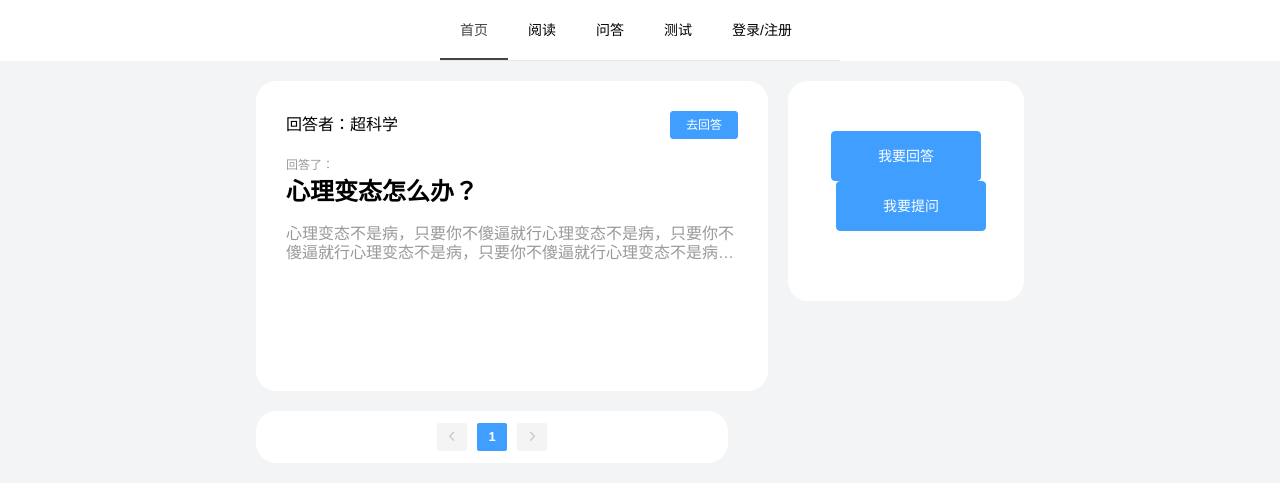
Repository: shengligo/xyx_vue_v1
Page: /qs
These files come from the project's save history. The page is drawn as it stood at one moment and after the next save; the edit follows.
The browser window is 1280 px wide. The pictures show the whole page.
The page's requests for data from a server got no answer. The project was rebuilt for these pictures with package versions that can differ from the ones it lists, and the page was loaded fresh each time. No one was signed in, and anything a server would have sent is missing. Also part of the build but not shown: vue.config.js, src/views/home/childComps/Art.vue, src/views/author/authors.vue, src/views/questions/QuestionDetail.vue.

Above is the page before, as saved 2021-09-04 17:43:47.

### public/index.html
<!DOCTYPE html>
<html lang="">
  <head>
    <meta charset="utf-8">
    <meta http-equiv="X-UA-Compatible" content="IE=edge">
    <meta name="viewport" content="width=device-width,initial-scale=1.0">
    <link rel="icon" href="<%= BASE_URL %>favicon.ico">
    <title>project0000001</title>
  </head>
  <body>
    <noscript>
      <strong>We're sorry but <%= htmlWebpackPlugin.options.title %> doesn't work properly without JavaScript enabled. Please enable it to continue.</strong>
    </noscript>
    <div id="app"></div>
    <!-- built files will be auto injected -->
  </body>
</html>

### src/main.js
import Vue from 'vue'
import App from './App.vue'
import router from './router'
import store from './store'
import 'element-ui/lib/theme-chalk/index.css';
import axios from "axios";
axios.defaults.baseURL = "/api"; // http://10.1.2.85:8091/essay
axios.defaults.headers.common["Content-Type"] ="application/json;charset=UTF-8";
axios.defaults.withCredentials = true // 表示跨域请求时是否需要使用凭证
Vue.prototype.$ajax = axios;
import ElementUI from 'element-ui'

Vue.config.productionTip = false
Vue.use(ElementUI)

new Vue({
  router,
  store,
  render: h => h(App)
}).$mount('#app')

### src/App.vue
<template>
  <div id="app">
    <nav-bar ></nav-bar>
    <!-- <carousel></carousel> -->
    <!-- <art></art> -->


    <router-view></router-view>

  </div>
</template>
<script>

import NavBar from './components/common/NavBar'
import Art from '@/views/home/childComps/Art'
// import Carousel from '@/components/common/Carousel'


export default {
  name: "app",
  components:{
    NavBar,
    Art,




  }
};
</script>



<style>
@import url('assets/css/normalize.css');
#app{
  font-family: "Helvetica Neue",Helvetica,"PingFang SC","Hiragino Sans GB","Microsoft YaHei","微软雅黑",Arial,sans-serif;
}



</style>

### src/router/index.js

import Vue from 'vue'
import VueRouter from 'vue-router'
import Write from '../views/author/authors.vue'
import quesDetail from '../views/questions/QuestionDetail.vue'

const Home = () => import('../views/home/Home')

const Question = () => import('../views/questions/Question')
const Read = () => import('../views/read/Read')
const ReadDetail = () => import('../views/read/ReadDetail')
const Test = () => import('../views/testing/Test')
const Login = () => import('../components/common/login/Login')
const originalPush = VueRouter.prototype.push

VueRouter.prototype.push = function push(location) {
  return originalPush.call(this, location).catch(err => err)
}
// fksdljfkjdsjflsdjlfja
Vue.use(VueRouter)

const routes = [
  {
    path: '/',
    name: 'Home',
    component: Home
  },
  {
    path: '/write',
    component: Write
  },
  // {
  //   path: '/home',
  //   name: 'Home',
  //   component: Home
  // },
  {
    path: '/quesDetail/:id',
    name: 'quesDetail',
    component: quesDetail
  },
  {
    path:'/qs',
    name:'Qs',
    component:Question
  },
  {
    path:'/read',
    name:'Read',
    component:Read,
  },
  {
    path: '/ReadDetail',
      name: 'ReadDetail',
      component:ReadDetail,
  },
  {
    path:'/test',
    name:'Test',
    component:Test
  },
  {
    path:'/login',
    name:'Login',
    component:Login
  }
]

const router = new VueRouter({
  mode: 'history',
  base: process.env.BASE_URL,
  routes
})

export default router

### src/store/index.js
import Vue from 'vue'
import Vuex from 'vuex'

Vue.use(Vuex)

export default new Vuex.Store({
  state: {
    activeIndex:'1',
    baceUrl: 'http://10.1.2.85:8091/'
  },
  mutations: {
    ChangeActive (state,index) {
      // console.log(state,index)
      state.activeIndex = index
    }
  },
  actions: {
  },
  modules: {
  }
})

### src/components/common/NavBar.vue
<template>
  <div>
     <div class="nav">

       <el-menu
          :default-active="$store.state.activeIndex"
          class="el-menu-demo"
          mode="horizontal"
          text-color="#000000"
          active-text-color="#444444"
        >
          <el-menu-item index="1" @click="itemclick">首页</el-menu-item>
          <el-menu-item index="2" @click="itemclick2">阅读</el-menu-item>
          <el-menu-item index="3" @click="itemclick3">问答</el-menu-item>
          <el-menu-item index="4" @click="itemclick4">测试</el-menu-item>
          <el-menu-item index="5" @click="itemclick5">登录/注册</el-menu-item>
        </el-menu>

     </div>

  </div>
</template>

<script>


export default {

  name: "navbar",
  data() {
    return {
    }
  },
  methods:{
    itemclick(){
      console.log('itemclick');
      this.$router.push("/")
    },
    itemclick2(){
      this.$router.push("/read")
    },
    itemclick3(){
      this.$router.push("./qs")
    },
    itemclick4(){
      this.$router.push('./test')
    },
    itemclick5(){
      this.$router.push('/login')
    }

  },

};
</script>

<style scoped>
.nav{

  margin: 0 auto;
  /* background-color: rgba(217, 221, 221, 0.918);
   */
   /* background-color: #5880A9; */
  padding: 0;


}
.nav>.el-menu{
  width: 400px;
  margin: 0 auto;
  /* background-color: rgba(217, 221, 221, 0.918); */
}

</style>

### src/views/questions/Question.vue
<template>
  <div id="question">
    <div class="bodyCenter">
      <div class="bodyright">
        <div v-for="(item, index) in results" :key="index" class="rightbox" @click="goAnswer(item.quizId)">
          <div>
            <div class="answerer">
              <span>回答者：{{ item.answerer }}</span>
              <el-button type="primary" size="mini">去回答</el-button>
            </div>
            <div class="time">{{item.createTime}} 回答了：</div>
            <h2 class="title">{{ item.title }}</h2>
            <div class="answerContent">{{ item.answerContent }}</div>
          </div>
        </div>
        <div class="pagination">
          <el-pagination
          :current-page="condition.pageNum"
          :page-size="condition.pageSize"
          @current-change="handleCurrentChange"
          background layout="prev, pager, next"
          :total="condition.total">
          </el-pagination>
        </div>
      </div>


      <div class="bodyleft">
        <div class="leftbox">
          <div class="leftboxbutton">
            <el-button type="primary">我要回答</el-button>
            <el-button type="primary">我要提问</el-button>
          </div>
        </div>
      </div>
    </div>
  </div>
</template>

<script>
export default {
  name: "question",
  data() {
    return {
      total:1,
      results: [
        {
          title: "心理变态怎么办？",
          quizzer: "花开富贵",
          quizContent: "心理超级变态是不是没救了",
          quizType: null,
          status: null,
          label: null,
          total:10,
          answerer: "超科学",
          answerContent:
            "心理变态不是病，只要你不傻逼就行心理变态不是病，只要你不傻逼就行心理变态不是病，只要你不傻逼就行心理变态不是病，只要你不傻逼就行心理变态不是病，只要你不傻逼就行心理变态不是病，只要你不傻逼就行心理变态不是病，只要你不傻逼就行心理变态不是病，只要你不傻逼就行心理变态不是病，只要你不傻逼就行",
          likePoint: 0
        }
      ],
      condition:{
        pageNum:1,
        pageSize:5,
        total:1
      }
    };
  },
  mounted() {
    this.getData();
  },
  methods: {
    async getData() {
      var params = {
        pageNum:1,
        pageSize:10
      };
      // $ajax请求
      const url = "quiz/getAnswerList";
      await this.$ajax
        .get(url, {params})
        .then(res => {
          const { data } = res;
          console.log(data);
          if (data.code === "000000") {
            // this.$message.success("加载完成");
            console.log(data,'data.totalRecord');
            this.condition.total = data.data.totalRecord || 0
            this.condition.pageNum = data.data.pageNum || 0
            this.condition.pageSize = data.data.pageSize || 0
            console.log(this.condition.pageSize ,'this.condition.total ');
            this.results =  data.data.results || []
          } else {
            this.$message.error("暂无权限");
          }
        })
        .catch(() => {
          this.$message.error("网络异常");
        });
    },
    goAnswer(id) {
      this.$router.push(`/quesDetail/${id}`)
    },
    handleCurrentChange() {

    }
  }
};
</script>

<style scoped>
#question {
  width: 100%;
  height: 100%;
  padding-top: 20px;
  background-color: rgb(243, 244, 245);
}
.bodyCenter {
  width: 60%;
  /* height: 500px; */
  margin: 0 auto;
  display: flex;
  /* border: 1px solid red; */
}
.bodyright {
  /* border: 1px solid blue; */
  /* width: 40%; */
  flex: 2;
  /* height: 500px; */
}
.bodyleft {
  /* border: 1px solid blue; */
  /* width: 20%; */
  flex: 1;
  /* height: 500px; */
}
.rightbox {
  height: 250px;
  width: calc(100% - 60px);
  padding: 30px;
  margin-bottom: 20px;
  border-radius: 20px;
  background-color: #fff;
}
.answerer {
  display: flex;
  justify-content: space-between;
  line-height: 28px;
}
.time {
  margin-top: 20px;
  font-size: 12px;
  color: #999;
}
.title {
  margin-top: 5px;
}
.answerContent {
  color: #999;
  overflow:hidden;
  display: -webkit-box;
  -webkit-line-clamp: 2;
  -webkit-box-orient: vertical;
}
.leftbox {
  margin-left: 20px;
  padding: 50px 10px;
  height: 120px;
  border-radius: 20px;
  background-color: #fff;
}
.leftboxbutton {
  text-align: center;
}
.leftboxbutton button {
  width: 150px;
  height: 50px;
}
.pagination {
  width: calc(100% - 60px);
  padding: 10px;
  text-align: center;
  margin-bottom: 20px;
  border-radius: 20px;
  background-color: #fff;
}
</style>

Loaded but not shown: src/assets/css/normalize.css (library)

After the next save:
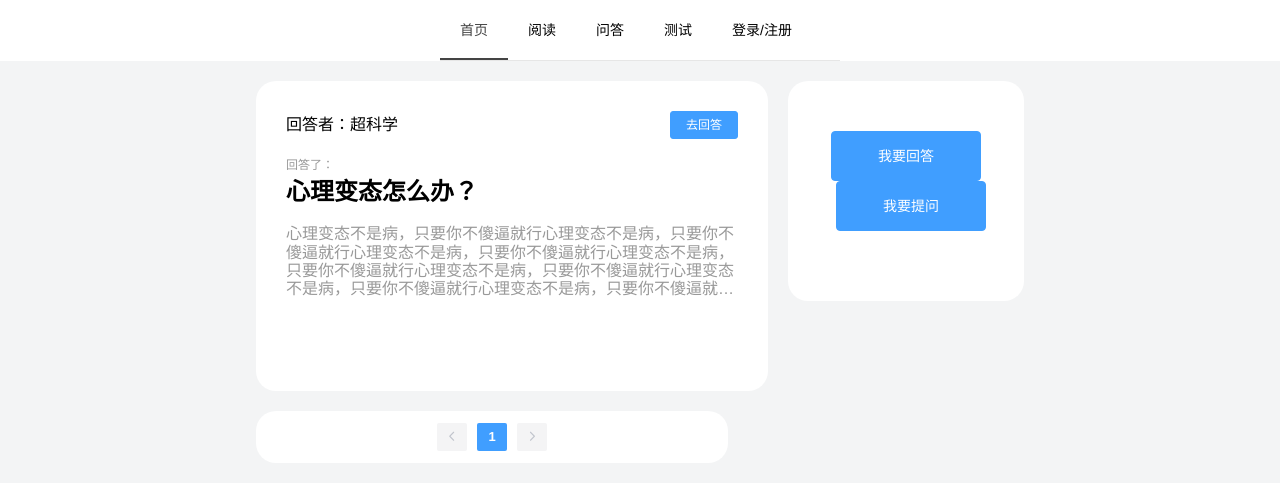
Saved 5 s later.
--- a/src/views/questions/Question.vue
+++ b/src/views/questions/Question.vue
@@ -158,7 +158,7 @@ export default {
   color: #999;
   overflow:hidden;
   display: -webkit-box;
-  -webkit-line-clamp: 2;
+  -webkit-line-clamp: 4;
   -webkit-box-orient: vertical;
 }
 .leftbox {
